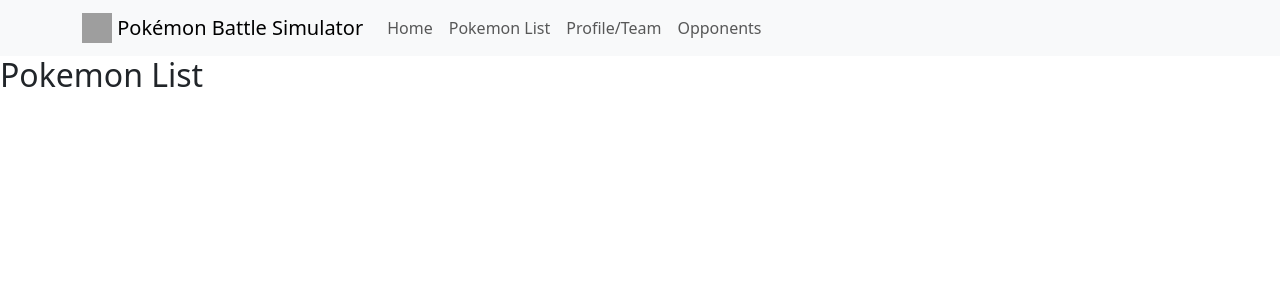
Repository: chsbca/Pokemon-Battle-Simulator
Page: /pokemon_list/ (app in front-end/)
These files come from the project's save history. The page is drawn as it stood at one moment and after the next save; the edit follows.
The browser window is 1280 px wide. The pictures show the whole page.
Pictures or frames that could not be fetched are drawn as grey boxes. The page's requests for data from a server got no answer. The project was rebuilt for these pictures with package versions that can differ from the ones it lists, and the page was loaded fresh each time. No one was signed in, and anything a server would have sent is missing. Also part of the build but not shown: front-end/vite.config.js, front-end/src/pages/Error404Page.jsx, front-end/src/pages/HomePage.jsx, front-end/src/pages/ProfilePage.jsx, front-end/src/pages/OpponentsPage.jsx.

Above is the page before, as saved 2024-04-10 09:10:03.

After the next save:
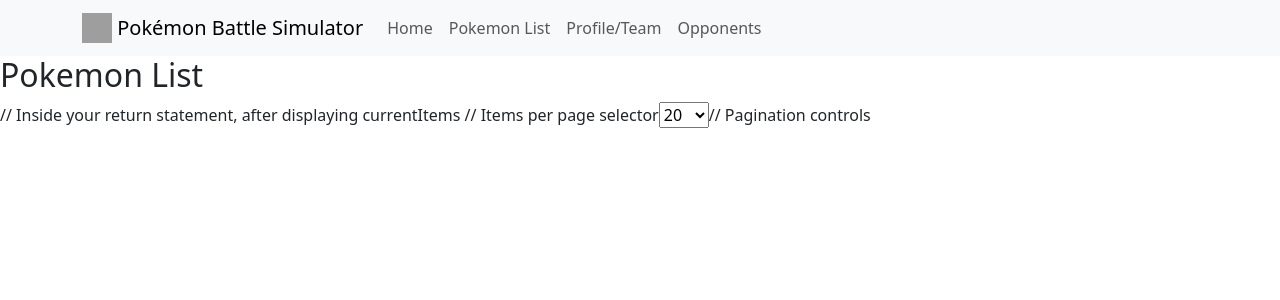
Saved 16 s later.
--- a/front-end/src/pages/PokemonListPage.jsx
+++ b/front-end/src/pages/PokemonListPage.jsx
@@ -75,7 +75,20 @@
         <div>
             <h2>Pokemon List</h2>
             {/* Display currentItems here */}
-            {/* Pagination Component Here */}
+            // Inside your return statement, after displaying currentItems
+
+// Items per page selector
+<select value={itemsPerPage} onChange={(e) => setItemsPerPage(e.target.value)}>
+    <option value="20">20</option>
+    <option value="50">50</option>
+    <option value="100">100</option>
+</select>
+
+// Pagination controls
+<div>
+    {/* Create buttons or links for each page number based on total count */}
+    {/* Use the paginate function to set the current page */}
+</div>
         </div>
     );
 };
